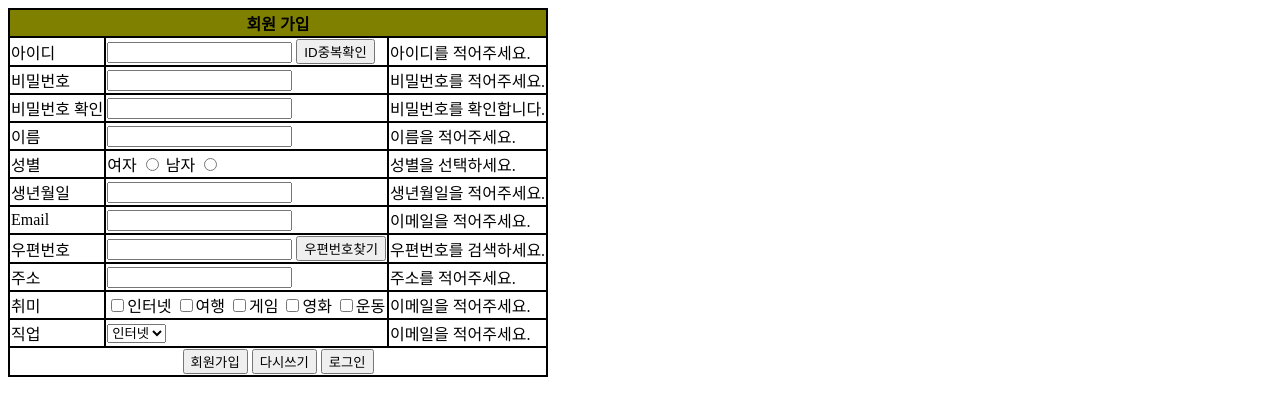
Repository: JeongminHW/Web_study
Page: HTML/myHTML/src/main/webapp/ch04/member.html
An editor plug-in stored every save of this project. The page is shown before and after the next save, followed by the edit.
The browser window is 1280 px wide. The pictures show the whole page.

Above is the page before, as saved 2024-07-09 08:19:35.

### HTML/myHTML/src/main/webapp/ch04/member.html
<!DOCTYPE html>
<html>
<head>
<meta charset="UTF-8">
<title>Insert title here</title>
<style>
table, td, th{
border: 1px solid #000;
border-collapse: separate;
border-spacing: 0;
}
</style>
</head>
<body>
	<table>
		<tr>
			<th colspan=15 width=200 style="background-color: olive;">회원 가입</th>
		</tr>

		<tr>
			<td>아이디</td>
			<td colspan="7">
			<input type="text" name="id">
			<input type="button" name="check" value="ID중복확인">
			</td>
			<td>아이디를 적어주세요.</td>
		</tr>

		<tr>
		<td>비밀번호</td>
		<td colspan="7"><input type="pw" name="pw"></td>
		<td>비밀번호를 적어주세요.</td>
		</tr>

		<tr>
		<td>비밀번호 확인</td>
		<td colspan="7"><input type="pw" name="pwchk"></td>
		<td>비밀번호를 확인합니다.</td>
		</tr>

		<tr>
		<td>이름</td>
		<td colspan="7"><input type="text" name="name"></td>
		<td>이름을 적어주세요.</td>
		</tr>

		<tr>
		<td>성별</td>
		<td colspan="7">
		여자 <input type="radio" name="gender" value="여자">
		남자 <input type="radio" name="gender" value="남자">
		</td>
		<td>성별을 선택하세요.</td>
		</tr>

		<tr>
		<td>생년월일</td>
		<td colspan="7"><input type="number" name="birth"></td>
		<td>생년월일을 적어주세요.</td>
		</tr>

		<tr>
		<td>Email</td>
		<td colspan="7"><input type="email" name="email"></td>
		<td>이메일을 적어주세요.</td>
		</tr>

		<tr>
		<td>우편번호</td>
		<td colspan="7">
		<input type="number" name="mailnum">
		<input type="button" name="mailsearch" value="우편번호찾기"></td>
		<td>우편번호를 검색하세요.</td>
		</tr>

		<tr>
		<td>주소</td>
		<td colspan="7"><input type="text" name="address"></td>
		<td>주소를 적어주세요.</td>
		</tr>

		<tr>
		<td>취미</td>
		<td colspan="7">
		<input type="checkbox" name="internet">인터넷</input>
		<input type="checkbox" name="trip">여행</input>
		<input type="checkbox" name="game">게임</input>
		<input type="checkbox" name="movie">영화</input>
		<input type="checkbox" name="exercise">운동</input>
		</td>
		<td>이메일을 적어주세요.</td>
		</tr>

		<tr>
		<td>직업</td>
		<td colspan="7">
		<select>
		<option name="internet">인터넷</option>
		<option name="trip">여행</option>
		<option name="game">게임</option>
		<option name="movie">영화</option>
		<option name="exercise">운동</option>
		</select>
		</td>
		<td>이메일을 적어주세요.</td>
		</tr>

		<tr>
		<td colspan="10" align="center">
		<input type="submit" name="sign" value="회원가입">
		<input type="reset" name="reset" value="다시쓰기">
		<input type="button" name="login" value="로그인">
		</td>
		</tr>
	</table>
</body>
</html>

After the next save:
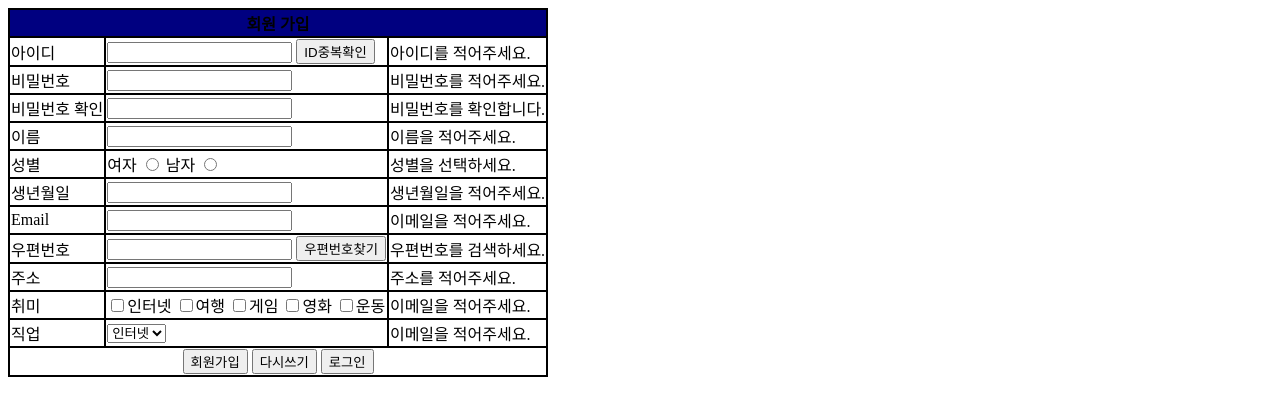
Saved 33 s later.
--- a/HTML/myHTML/src/main/webapp/ch04/member.html
+++ b/HTML/myHTML/src/main/webapp/ch04/member.html
@@ -14,7 +14,7 @@ border-spacing: 0;
 <body>
 	<table>
 		<tr>
-			<th colspan=15 width=200 style="background-color: olive;">회원 가입</th>
+			<th colspan=15 width=200 style="background-color: navy;">회원 가입</th>
 		</tr>
 
 		<tr>
